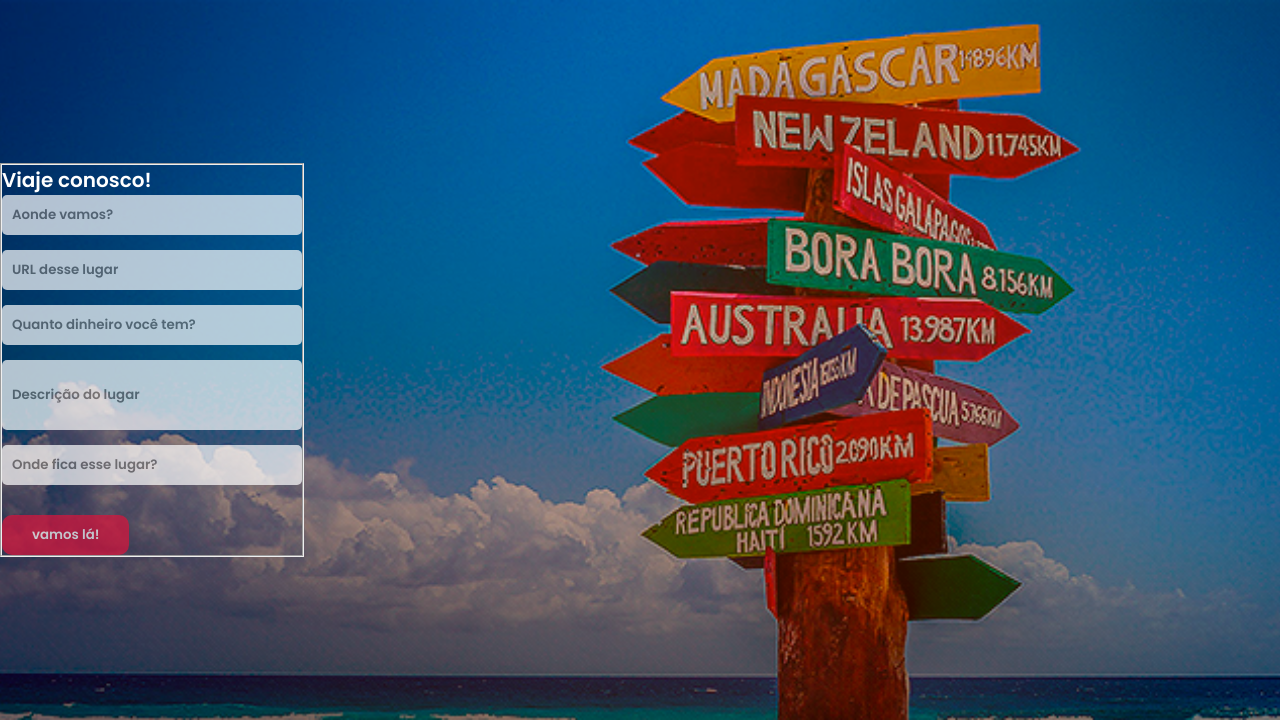
Repository: AngelTJVzla/cards
Page: index.html
These files come from the project's save history. The page is drawn as it stood at one moment and after the next save; the edit follows.
The browser window is 1280 px wide. The pictures show the whole page.

Above is the page before, as saved 2022-08-29 22:36:02.

### index.html
<!DOCTYPE html>
<html lang="pt-BR">

<head>
    <meta charset="UTF-8">
    <meta http-equiv="X-UA-Compatible" content="IE=edge">
    <meta name="viewport" content="width=device-width, initial-scale=1.0">
    <title>Gosta viajar?</title>
    <link rel="stylesheet" href="style.css">

</head>

<body>

    <div class="div-container">
        <img src="./img/viajar.png" class="bg-img" alt="">
        <form autocomplete="off" id="form__">
            <fieldset class="form__fieldset">
                <span>Viaje conosco!</span>
                <div class="inputs">
                    <input type="text" class="titulo" placeholder="Aonde vamos?" maxlength="25" required>
                    </p>
                    <div>
                        <input type="url" class="url" placeholder="URL desse lugar" required>
                    </div>
                    <div>
                        <input id="preco" type="text" class="preco" placeholder="Quanto dinheiro você tem?" maxlength="15" required>
                    </div>
                    <div>
                        <input type="text" class="descricao" placeholder="Descrição do lugar" maxlength="60"
                            required>
                    </div>
                    <div>
                        <input type="text" class="localizacao" placeholder="Onde fica esse lugar?" maxlength="25"
                            required>
                    </div>

                    <button type="submit">vamos lá!</button>

            </fieldset>
        </form>


        <div class="container-resultado">
            <div class="resultado">

            </div>
        </div>

    </div>



    <script src="script.js"></script>
</body>

</html>

### style.css
@import url('https://fonts.googleapis.com/css2?family=Poppins:ital,wght@0,300;0,400;0,500;0,600;1,300&display=swap');

* {
    margin: 0;
    padding: 0;
    box-sizing: border-box;
    font-family: 'Poppins', sans-serif;
}

.div-container {
    width: 100%;
    height: 100vh;
    display: flex;
    opacity: 1;
    overflow: hidden;
}

.bg-img {
    position: absolute;
    object-fit: cover;
    width: 100vw;
    height: 100vh;
    z-index: -1;


}

#form__ {
    height: 100vh;
    display: flex;
    justify-content: center;
    align-items: center;
}

/* .form__fieldset {
    min-width: 400px;
    display: flex;
    flex-direction: column;
    align-items: center;
    justify-content: center;
    margin: 0px 20px;
    padding: 20px;
    text-align: center;
    box-shadow: 5px 5px 50px #fff;
    border-radius: 15px;
    overflow: hidden;
} */

.form__fieldset span {
    text-align: center;
    border: none;
    margin-bottom: 20px;
    color: #fff;
    font-size: 20px;
    font-weight: 600;
}

input[type="text"],
input[type="url"] {
    width: 300px;
    padding: 10px;
    margin-bottom: 15px;
    border-radius: 5px;
    border: transparent;
    opacity: 0.7;
    font-weight: 600;
}

input.descricao {
    height: 70px;

}

input[type="url"]:hover,
input[type="text"]:hover {
    opacity: 0.9;
}

.form__fieldset button {
    padding: 10px 30px;
    margin-top: 15px;
    border-radius: 10px;
    background-color: crimson;
    opacity: 0.7;
    border: none;
    color: white;
    font-weight: 600;
    cursor: pointer;
}

.form__fieldset button:hover {
    opacity: 1;
}

.resultado {
    width: 100%;
    max-height: 100vh;
    color: #fff;
    display: flex;
    flex-direction: row;
    flex-wrap: wrap;
    gap: 2%;
    overflow-y: auto;
    overflow-x: hidden;

}

.new {
    min-width: 250px;
    max-width: 250px;
    height: 300px;
    margin-top: 15px;
    border: 1px solid #fff;
    color: #000;
    display: flex;
    flex-direction: column;
    align-items: center;
    overflow: hidden;
    background-color: #fffafadf;
    border-radius: 10px 10px 2px 2px;
    cursor: pointer;
    box-shadow: 2px 2px 10px #fff;
}

.new-responsive {
    min-width: 250px;
    max-width: 250px;
    height: 100%;
    display: flex;
    flex-direction: column;
}


.new img {
    min-width: 100%;
    max-height: 50%;
    object-fit: cover;
    width: auto;
    height: auto;
    cursor: pointer;
    transition: 0.6s;
}

.new img:hover {
    transform: scale(1.1);

}

.new h2 {
    font-size: 16px;
    text-align: center;
    padding: 5px 8px 0px 8px;
}

.new .descricao {
    text-align: center;
    width: 100%;
    font-size: 12px;
    padding: 0px 5px;
    font-weight: 300;
}

.preco-anuncio {
    text-align: center;
    margin-top: 8px;
    font-weight: 500;
    font-size: 18px;
}

.svg {
    width: 100%;
    height: 100%;
    display: flex;
    flex-direction: column;
    justify-content: flex-end;
    font-size: 12px;
    color: #28282a;
    font-weight: 500;
}

.svg svg {
    margin-left: 8px;
    margin-right: 5px;
}

.new svg {
    width: 10px;
}

.new hr {
    width: 100%;
    margin-bottom: 1px;
}


@media screen and (max-width: 1268px) {

    .div-container {
        gap: 2%;
    }

    .form__fieldset {
        min-width: 300px;
    }

    .resultado {
        display: flex;
        justify-content: center;
        align-items: center;
    }

}

@media screen and (max-width: 968px) {
    .form__fieldset {
        min-width: 250px;
    }

    input[type="url"],
    input[type="text"] {
        width: 90%;
    }
}


@media screen and (max-width: 768px) {
    .new {
        min-width: 250px;
    }

    .new-responsive {
        min-width: 100%;
    }

    .preco-anuncio {
        max-width: 100%;
    }
}


@media screen and (max-width: 568px) {

    .div-container {
        display: flex;
        flex-direction: column;
        justify-content: center;
    }

    #form__ {
        display: flex;
        flex-direction: row;
        align-items: flex-start;
    }

    .form__fieldset {
        min-width: 90vw;
        max-width: 90vw;
        min-height: 40vh;
        margin: 0;
        display: flex;
        justify-content: center;
        padding: 10px;
        margin-top: 60px;
    }

    .inputs {
        width: 100%;
        display: flex;
        flex-direction: column;
        align-items: center;
        flex-wrap: wrap;
        gap: 1%;
    }

    input[type="url"] {
        width: 250px;
        padding: 5px;
        margin-bottom: 5px;
    }

    input[type="text"] {
        width: 250px;
        padding: 5px;
        margin-bottom: 5px;
    }

    .descricao {
        max-height: 50px;
    }

    .form__fieldset button {
        margin: 0;

    }

    .resultado {
        display: flex;
        justify-content: center;
        align-items: flex-end;
        min-height: 10vh;
        max-height: 60vh;

    }

}

@media screen and (max-width: 368px) {

    .form__fieldset {
        min-width: 80vw;
        max-width: 90vw;
        min-height: 40vh;
    }

    .resultado {
        display: flex;
        justify-content: center;
        align-items: flex-end;
        min-height: 10vh;
        max-height: 60vh;
    }

    .new-responsive {
        gap: 0%;
    }

    .new-responsive .descricao {
        font-size: 10px;
    }

    .new {
        min-width: 200px;
        max-width: 220px;
        margin-bottom: 10px;
        margin-top: 0;
    }

    .new img{
        margin: 0;
    }

    .new h2 {
        padding: 2px 5px 0;
        font-size: 16px;
    }

    .preco-anuncio {
        font-size: 12px;
        margin-top: 8px;
    }
    .svg {
        font-size: 10px;
    }

    .svg path {
        margin-top: 0;
    }

    .svg hr {
        margin: 1px;
    }

    input[type="url"] {
        width: 180px;
        padding: 5px;
        margin-bottom: 5px;
    }

    input[type="text"] {
        width: 180px;
        padding: 5px;
        margin-bottom: 5px;
    }

    .form__fieldset button {
        padding: 5px 15px;
        margin-top: 1px;
    }
}


@media screen and (max-width: 268px){
    input[type="url"],
    input[type="text"] {
        width: 80%;
    }

    .new {
        min-width: 100px;
        max-width: 180px;
        margin-bottom: 10px;
        margin-top: 0;
    }

}

### script.js
const form = document.getElementById('form__');
const resultado = document.querySelector('.resultado');
const titulo = document.querySelector('.titulo');
const preco = document.querySelector('.preco');
const descricao = document.querySelector('.descricao');
const url = document.querySelector('.url');
const localizacao = document.querySelector('.localizacao');



let dados = [];

dados.push({
  titulo: titulo.value,
  preco: preco.value,
  descricao: descricao.value,
  url: url.value,
  localizacao: localizacao.value
});

form.addEventListener('submit', (evento) => {
  evento.preventDefault();
  resultado.innerHTML +=
  `<div class="new">
      <img src="${url.value}">
      <div class="new-responsive">
          <h2>${titulo.value}</h2>
          <span class="descricao">${descricao.value}</span>
      <div class="preco-anuncio"><span>R$ ${preco.value}</span></div>
      <div class="svg">
      <hr>
      <span>
        <svg xmlns="http://www.w3.org/2000/svg" viewBox="0 0 384 512"><!--! Font Awesome Pro 6.1.0 by @fontawesome - https://fontawesome.com License - https://fontawesome.com/license (Commercial License) Copyright 2022 Fonticons, Inc. --><path d="M168.3 499.2C116.1 435 0 279.4 0 192C0 85.96 85.96 0 192 0C298 0 384 85.96 384 192C384 279.4 267 435 215.7 499.2C203.4 514.5 180.6 514.5 168.3 499.2H168.3zM192 256C227.3 256 256 227.3 256 192C256 156.7 227.3 128 192 128C156.7 128 128 156.7 128 192C128 227.3 156.7 256 192 256z"/></svg> ${localizacao.value}
      </span>
      </div>
    </div>
  </div>`
});

After the next save:
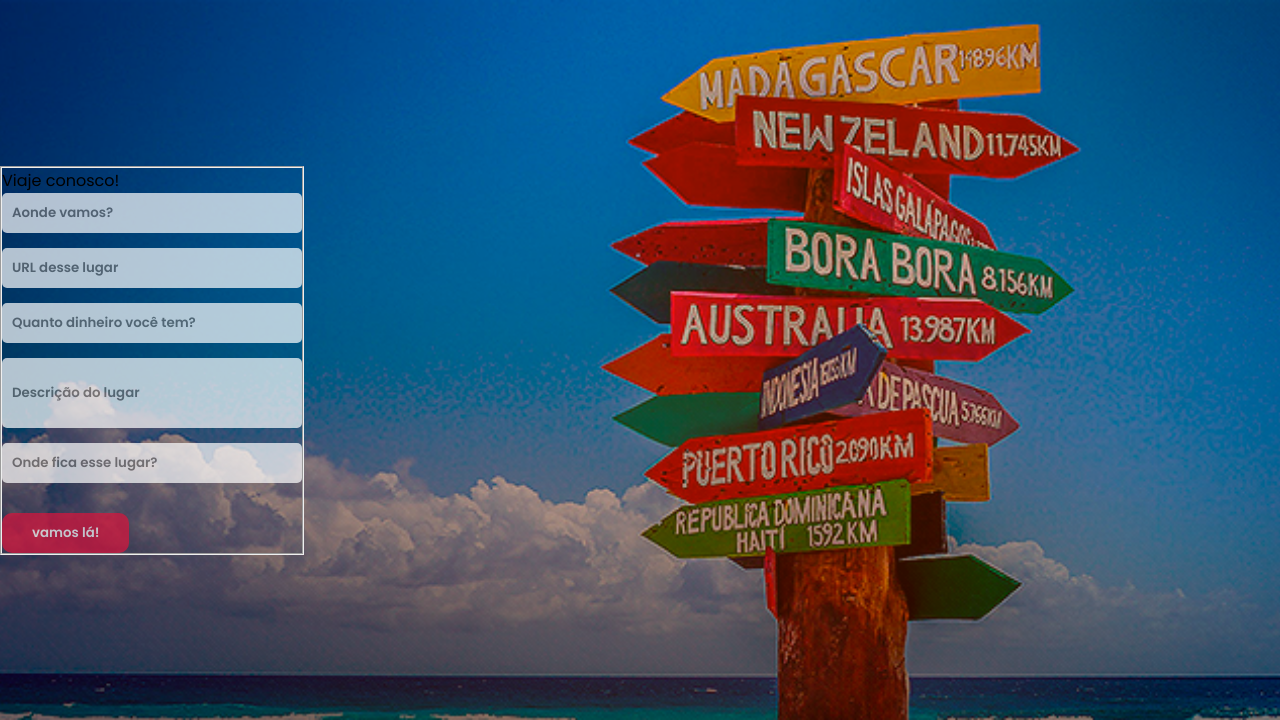
Saved 18 s later.
--- a/style.css
+++ b/style.css
@@ -31,7 +31,7 @@
     justify-content: center;
     align-items: center;
 }
-
+/*
 /* .form__fieldset {
     min-width: 400px;
     display: flex;
@@ -44,7 +44,7 @@
     box-shadow: 5px 5px 50px #fff;
     border-radius: 15px;
     overflow: hidden;
-} */
+} */ */
 
 .form__fieldset span {
     text-align: center;
